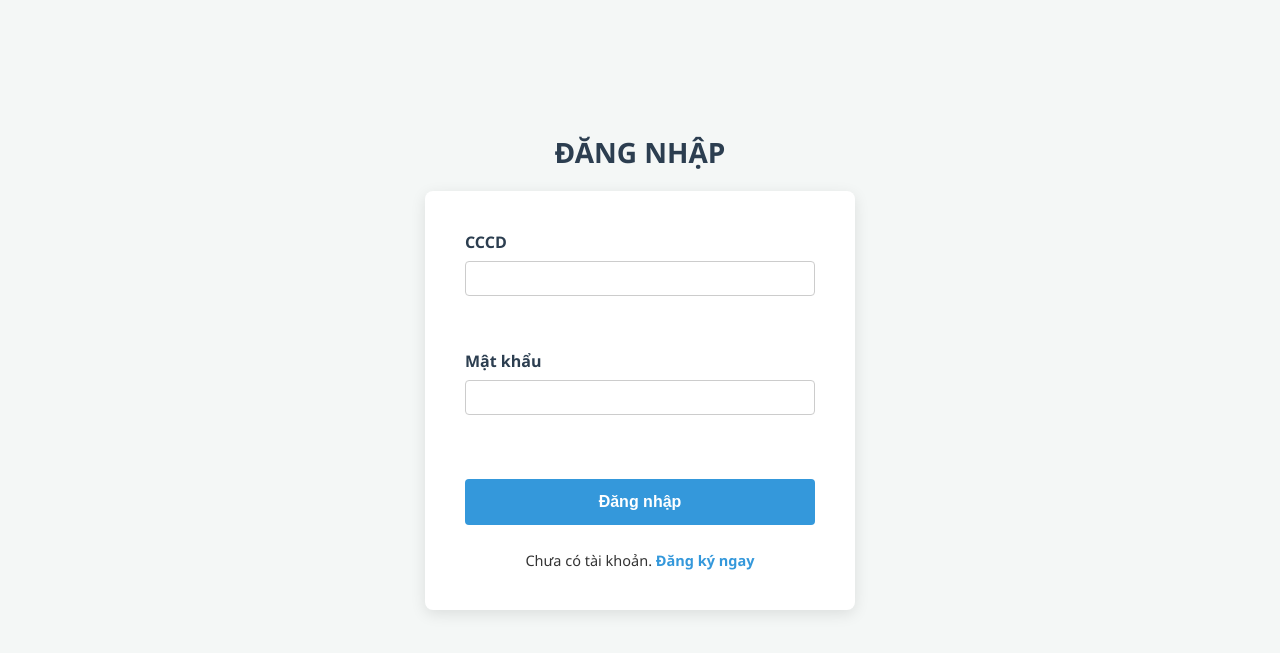
Repository: Chien02/SOAProjects
Page: http://localhost/QuanLyHangHoaWebClient/
These files come from the project's save history. The page is drawn as it stood at one moment and after the next save; the edit follows.
The browser window is 1280 px wide. The pictures show the whole page.
The page is served by Tomcat 9. Nobody is signed in. The application's start-up code is not run. Other server files are loaded and not shown.

Above is the page before, as saved 2026-03-23 17:57:40.

### QuanLyHangHoaWebClient/WebContent/index.jsp
<%@ page language="java" contentType="text/html; charset=UTF-8"
    pageEncoding="UTF-8"%>
<!DOCTYPE html>
<html>
<head>
	<meta charset="UTF-8">
	<title>ĐĂNG NHẬP</title>
	<link rel="stylesheet" href="styles/login.css">
</head>
<body>
	<h2>ĐĂNG NHẬP</h2>
	<p style="color: red;">${errorMsg}</p>
	<form action="customer" method="POST">
		<label for="cccd">CCCD</label>
		<input type="text" name="cccd"><br><br>

		<label for="password">Mật khẩu</label>
		<input type="password" name="password"><br><br>

		<button type="submit" name="action" value="dangNhap">Đăng nhập</button>

		<p>Chưa có tài khoản. <a href="register.jsp">Đăng ký ngay</a></p>
	</form>
</body>
</html>

### QuanLyHangHoaWebClient/WebContent/styles/login.css
/* =========================================
   CÀI ĐẶT CHUNG (Trang Đăng Nhập)
   ========================================= */
body {
    font-family: 'Segoe UI', Tahoma, Geneva, Verdana, sans-serif;
    background-color: #f4f7f6;
    color: #333;
    margin: 0;

    /* Dùng Flexbox để căn giữa toàn bộ nội dung ra giữa màn hình */
    display: flex;
    flex-direction: column;
    align-items: center;
    justify-content: center;
    height: 100vh;
}

h2 {
    color: #2c3e50;
    margin-bottom: 20px;
    text-align: center;
    font-size: 28px;
}

/* =========================================
   FORM ĐĂNG NHẬP
   ========================================= */
form {
    background-color: #ffffff;
    padding: 40px;
    border-radius: 8px;
    box-shadow: 0 4px 15px rgba(0, 0, 0, 0.1);
    width: 100%;
    max-width: 350px;
    display: flex;
    flex-direction: column; /* Xếp các input dọc xuống */
}

form label {
    font-weight: bold;
    margin-bottom: 8px;
    color: #2c3e50;
}

form input[type="text"],
form input[type="password"] {
    padding: 8px;
    border: 1px solid #ccc;
    border-radius: 4px;
    font-size: 15px;
    outline: none;
    transition: border 0.3s;
    margin-bottom: 10px; /* Tạo khoảng cách mà không cần thẻ <br> trong HTML */
    width: 100%;
    box-sizing: border-box; /* Giúp padding không làm tràn chiều rộng */
}

form input[type="text"]:focus,
form input[type="password"]:focus {
    border-color: #3498db;
    box-shadow: 0 0 5px rgba(52, 152, 219, 0.3);
}

/* =========================================
   NÚT BẤM & LIÊN KẾT
   ========================================= */
button {
    background-color: #3498db;
    color: white;
    border: none;
    padding: 14px;
    font-size: 16px;
    border-radius: 4px;
    cursor: pointer;
    font-weight: bold;
    transition: background 0.3s;
    width: 100%;
    margin-top: 10px;
}

button:hover {
    background-color: #2980b9;
}

form p {
    text-align: center;
    margin-top: 25px;
    margin-bottom: 0;
    font-size: 14.5px;
}

form p a {
    color: #3498db;
    text-decoration: none;
    font-weight: bold;
    transition: color 0.2s;
}

form p a:hover {
    color: #2980b9;
    text-decoration: underline;
}

/* =========================================
   THÔNG BÁO LỖI (Trang trí lại cho đẹp)
   ========================================= */
p[style*="color: red;"] {
    background-color: #ffebee;
    color: #c62828 !important; /* Đè lại màu đỏ mặc định của bạn cho dịu mắt hơn */
    padding: 12px;
    border-radius: 4px;
    border: 1px solid #ef9a9a;
    margin-bottom: 20px;
    width: 100%;
    max-width: 350px;
    box-sizing: border-box;
    text-align: center;
    font-weight: bold;
    display: none; /* Ẩn đi mặc định */
}

/* Chỉ hiện thông báo lỗi khi có nội dung bên trong */
p[style*="color: red;"]:not(:empty) {
    display: block;
}

After the next save:
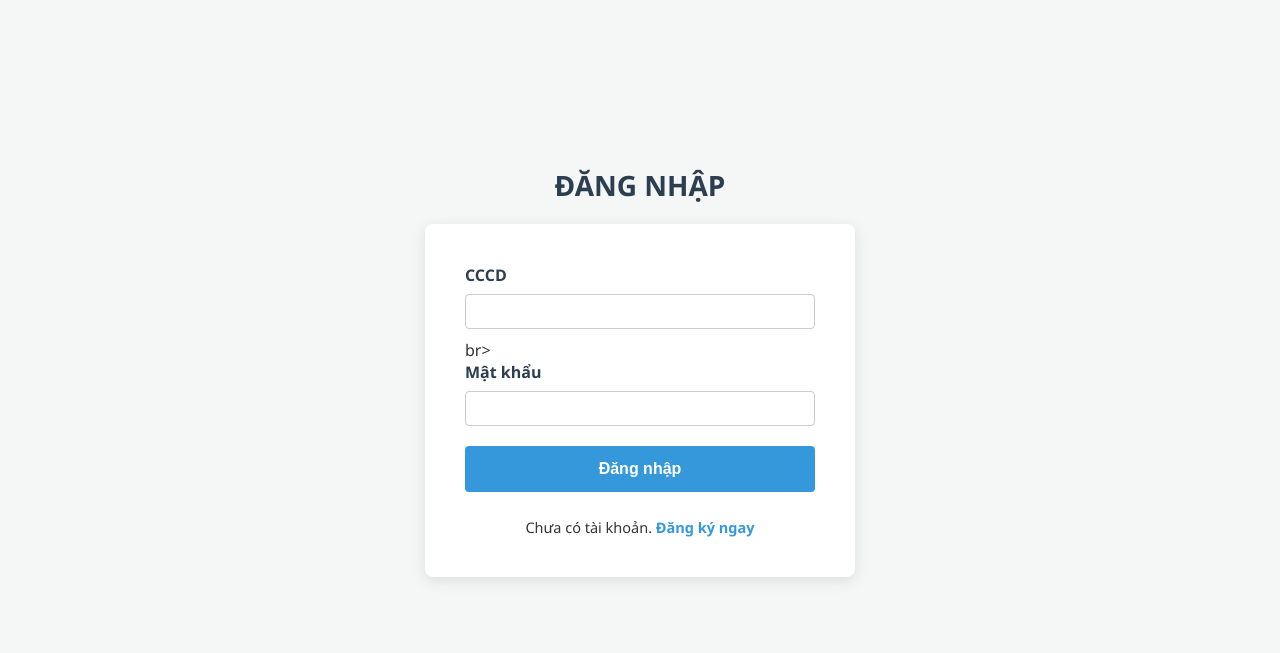
Saved 18 s later.
--- a/QuanLyHangHoaWebClient/WebContent/index.jsp
+++ b/QuanLyHangHoaWebClient/WebContent/index.jsp
@@ -12,10 +12,10 @@
 	<p style="color: red;">${errorMsg}</p>
 	<form action="customer" method="POST">
 		<label for="cccd">CCCD</label>
-		<input type="text" name="cccd"><br><br>
+		<input type="text" name="cccd">br>
 
 		<label for="password">Mật khẩu</label>
-		<input type="password" name="password"><br><br>
+		<input type="password" name="password">
 
 		<button type="submit" name="action" value="dangNhap">Đăng nhập</button>
 
